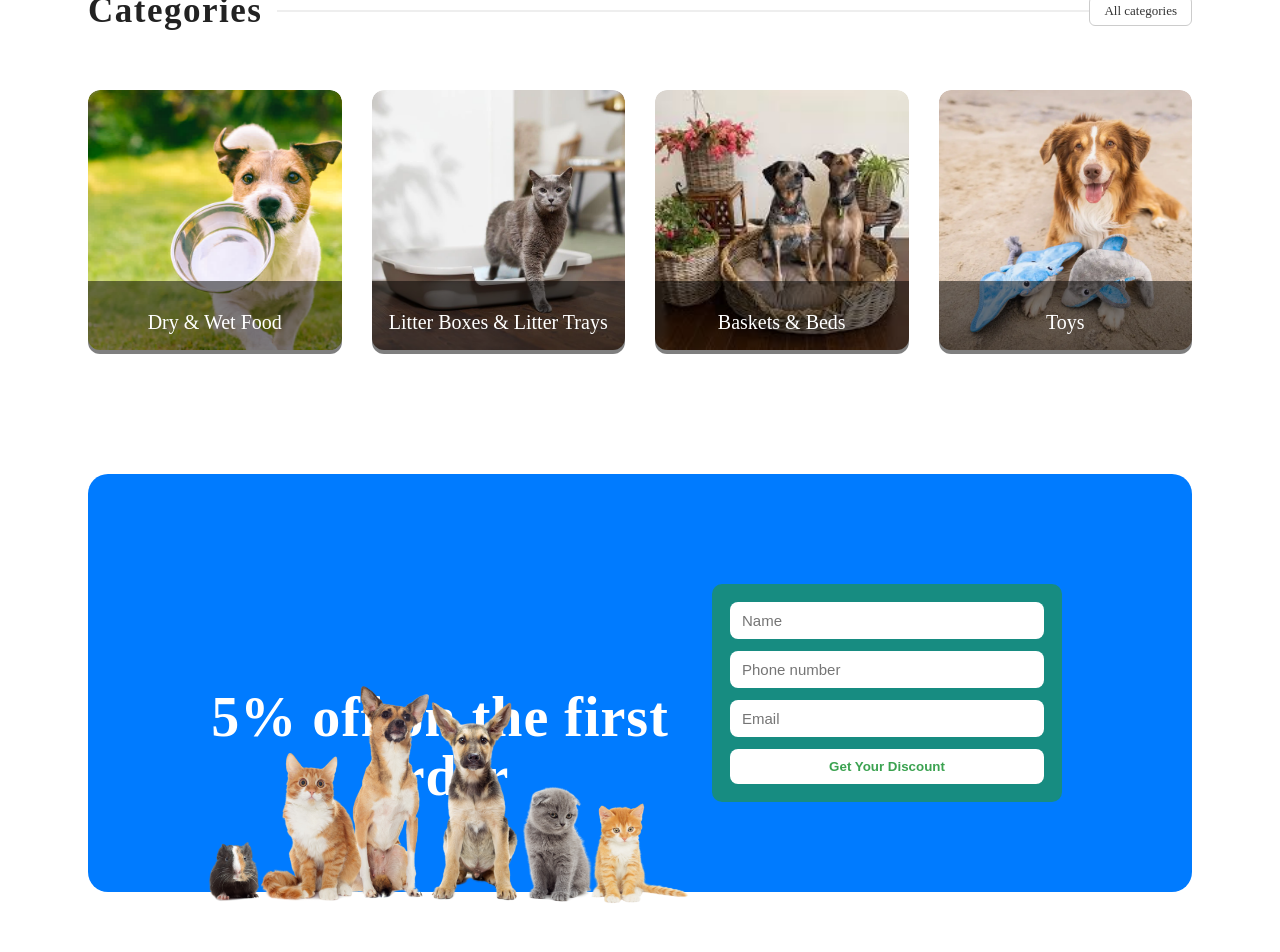
Repository: JuliiaJuliia/pet-shop-frontend
Page: / (app in pet-shop-frontend/)
An editor plug-in stored every save of this project. The page is shown before and after the next save, followed by the edit.
The browser window is 1280 px wide. The pictures show the part of the page from y = 693 to 1645 px (the page is 1645 px tall).
The project was rebuilt for these pictures with package versions that can differ from the ones it lists, and the page was loaded fresh each time. Also part of the build but not shown: pet-shop-frontend/vite.config.js, pet-shop-frontend/src/pages/CheckoutPage.jsx, pet-shop-frontend/src/api/axios.js, pet-shop-frontend/src/components/ProductList.jsx.

Above is the page before, as saved 2025-11-06 15:02:40.

### pet-shop-frontend/index.html
<!doctype html>
<html lang="en">
  <head>
    <meta charset="UTF-8" />
    <link rel="icon" type="image/svg+xml" href="/vite.svg" />
    <meta name="viewport" content="width=device-width, initial-scale=1.0" />
    <title>pet-shop-frontend</title>
  </head>
  <body>
    <div id="root"></div>
    <script type="module" src="/src/main.jsx"></script>
  </body>
</html>

### pet-shop-frontend/src/main.jsx
import HomePage from "./pages/HomePage";
import CheckoutPage from "./pages/CheckoutPage";
import React from "react";
import ReactDOM from "react-dom/client";
import { BrowserRouter, Routes, Route } from "react-router-dom";
import Header from "./components/Header/Header.jsx";
import ProductList from "./components/ProductList";

function Categories() {
  return <h2 style={{ textAlign: "center" }}>Categories Page</h2>;
}

function Sales() {
  return <h2 style={{ textAlign: "center" }}>Sales Page</h2>;
}

function Cart() {
  return <h2 style={{ textAlign: "center" }}>Your Cart is empty</h2>;
}

ReactDOM.createRoot(document.getElementById("root")).render(
  <BrowserRouter>
    <Header />
    <Routes>
      <Route path="/" element={<HomePage />} />
      <Route path="/categories" element={<Categories />} />
      <Route path="/products" element={<ProductList />} />
      <Route path="/sales" element={<Sales />} />
      <Route path="/cart" element={<Cart />} />
    </Routes>
  </BrowserRouter>
);

### pet-shop-frontend/src/pages/HomePage.jsx
import React from "react";
import MainBanner from "../components/MainBanner";
import Categories from "../components/Categories";
import DiscountBanner from "../components/DiscountBanner"; // 👈 ось цей рядок

const HomePage = () => {
  return (
    <div>
      <MainBanner />
      <Categories />
      <DiscountBanner />   {/* 👈 він має бути тут */}
    </div>
  );
};

export default HomePage;

### pet-shop-frontend/src/components/Header/Header.jsx
import React from "react";
import { Link } from "react-router-dom";
import "./Header.css";

const Header = () => {
  return (
    <header className="header">
      <div className="header__logo">
        <Link to="/">PetShop 🐾</Link>
      </div>
      <nav className="header__nav">
        <Link to="/">Main Page</Link>
        <Link to="/categories">Categories</Link>
        <Link to="/products">All products</Link>
        <Link to="/sales">All sales</Link>
      </nav>
      <div className="header__cart">
        <Link to="/cart">
        <img src="/icon.svg" alt="Cart" className="header__cart-icon" />
        </Link>
</div>
    </header>
  );
};

export default Header;

### pet-shop-frontend/src/components/MainBanner.jsx
import React from "react";
import { Link } from "react-router-dom";
import "./MainBanner.css";

const MainBanner = () => {
  return (
    <section className="main-banner">
      <div className="main-banner__overlay">
        <div className="main-banner__content">
        <h1>Amazing Discounts <br /> on Pets Products!</h1>
        <Link to="/checkout" className="banner-btn">Check out</Link>
        </div>
      </div>
    </section>
  );
};

export default MainBanner;

### pet-shop-frontend/src/components/Categories.jsx
import React from "react";
import { Link } from "react-router-dom";
import "./Categories.css";

const categories = [
  { id: 1, name: "Dry & Wet Food", image: "/Dog.jpg" },
  { id: 2, name: "Litter Boxes & Litter Trays", image: "/Cat.jpg" },
  { id: 3, name: "Baskets & Beds", image: "/Dogs.jpg" },
  { id: 4, name: "Toys", image: "/Dog and Fish.jpg" },
];

const Categories = () => {
  return (
    <section className="categories">
      <div className="categories__header">
        <h2>Categories</h2>
        <div className="categories__line"></div>

        <Link to="/products" className="all-categories-btn">
          All categories
        </Link>
      </div>

      <div className="categories__grid">
        {categories.map((category) => (
          <div key={category.id} className="category-card">
            <img src={category.image} alt={category.name} />
            <div className="category-card__overlay">
              <p>{category.name}</p>
            </div>
          </div>
        ))}
      </div>
    </section>
  );
};

export default Categories;

### pet-shop-frontend/src/components/DiscountBanner.jsx
import React from "react";
import "./DiscountBanner.css";

const DiscountBanner = () => {
  return (
    <section className="discount-banner">
      <div className="discount-banner__content">
        <div className="discount-banner__left">
          <h2>5% off on the first order</h2>
          <img src="/Pets.jpg" alt="pets" className="discount-banner__image" />
        </div>

        <div className="discount-banner__form">
          <form>
            <input type="text" placeholder="Name" required />
            <input type="phone" placeholder="Phone number" required />
            <input type="email" placeholder="Email" required />
            <button type="submit">Get Your Discount</button>
          </form>
        </div>
      </div>
    </section>
  );
};

export default DiscountBanner;

### pet-shop-frontend/src/components/Header/Header.css
.header {
    display: flex;
    align-items: center;
    justify-content: space-between;
    padding: 20px 60px;
    background-color: #fff;
    box-shadow: 0 2px 5px rgba(0, 0, 0, 0.05);
    position: sticky;
    top: 0;
    z-index: 10;
  }

  .header__logo a {
    font-size: 40px;
    font-weight: 400;
    color: #3d3c3c;
    text-decoration: none;
    display: flex;
    align-items: center;
    gap: 10px;
  }

  .header__nav {
    display: flex;
    gap: 30px;
  }

  .header__nav a {
    font-size: 20px;
    text-decoration: none;
    color: #38383a;
    font-weight: 550;
    transition: 0.3s;
    cursor: url("data:[embedded picture, 129 characters]"), auto;
  }

  .header__nav a:hover {
    color: #24973bf3;
  }

  .cart-icon {
    font-size: 20px;
    text-decoration: none;
  }

  .header__cart-icon {
    width: 30px;
    height: 30px;
    object-fit: contain;
    transition: transform 0.3s ease;
    cursor: url("data:[embedded picture, 129 characters]"), auto;
  }

  .header__cart-icon:hover {
    transform: rotate(10deg) scale(1.15);
  }

### pet-shop-frontend/src/components/MainBanner.css
.main-banner {
  position: relative;
  width: 100%;
  height: 500px;
  background: url("/banner-dog.jpg") center/cover no-repeat;
  display: flex;
  align-items: center;
  justify-content: center;
  border-radius: 10px;
  overflow: hidden;
  margin-bottom: 60px;
}

/* Полупрозрачный шар поверх картинки */
.main-banner__overlay {
  background: rgba(0, 0, 0, 0.35);
  width: 100%;
  height: 100%;
  display: flex;
  align-items: center;
  justify-content: center;
}

/* Текст и кнопка */
.main-banner__content {
  text-align: left;
  color: #fff;
  max-width: 800px;
  padding: 0 40px;
  line-height: 1.1;
  white-space: normal;
  word-break: break-word;
}

.main-banner__content h1 {
  font-size: 54px;
  font-weight: 700;
  line-height: 1.2;
  margin-bottom: 40px;
}


.main-banner__button {
  background-color: #53b955df;
  color: rgb(255, 255, 255);
  border: none;
  border-radius: 6px;
  font-size: 18px;
  padding: 14px 30px;
  cursor: pointer;
  transition: all 0.3s ease;
  cursor: url("data:[embedded picture, 129 characters]"), auto;
}

.main-banner__button:hover {
  background-color: #24973b91;
  ;
  transform: scale(1.05);
}

.banner-btn {
  display: inline-block;
  background-color: #53b955df;
  color: white;
  border: none;
  border-radius: 6px;
  font-size: 18px;
  padding: 14px 30px;
  text-decoration: none;
  text-align: center;
  cursor: pointer;
  transition: all 0.3s ease;
}

.banner-btn:hover {
  background-color: #24973b91;
  transform: scale(1.05);
}

### pet-shop-frontend/src/components/Categories.css
.categories {
    padding: 0px 80px 60px;
    background-color: #fff;
  }

  .categories__title {
    font-size: 36px;
    font-weight: 600;
    margin-bottom: 30px;
    color: #222;
  }

  .categories__grid {
    display: grid;
    grid-template-columns: repeat(auto-fit, minmax(220px, 1fr));
    gap: 30px;
    justify-items: center;
  }

  .category-card {
    position: relative;
    width: 100%;
    max-width: 260px;
    border-radius: 12px;
    overflow: hidden;
    cursor: url("data:[embedded picture, 129 characters]"), auto;
    transition: transform 0.3s ease;
  }

  .category-card img {
    width: 100%;
    height: 260px;
    object-fit: cover;
    border-radius: 12px;
  }

  .category-card__overlay {
    position: absolute;
    display: flex;
    justify-content: center;
    align-items: center;
    text-align: center;
    bottom: 0;
    left: 0;
    right: 0;
    background: rgba(0, 0, 0, 0.5);
    color: #fff;
    font-size: 20px;
    font-weight: 500;
    padding-top: 10px;
    transition: background 0.3s ease;
  }

  .category-card:hover {
    transform: scale(1.05);
  }

  .category-card:hover .category-card__overlay {
    background: rgba(0, 0, 0, 0.7);
  }

  .categories__header {
    display: flex;
    align-items: center;
    justify-content: space-between;
    position: relative;
    margin-bottom: 30px;
  }

  .categories__header h2 {
    font-size: 35px;
    font-weight: 700;
    color: #222;
    letter-spacing: 1.5px;
    background-color: #fff;
    padding-right: 15px;
    z-index: 1;
  }

  .categories__line {
    position: absolute;
    left: 0;
    right: 0;
    height: 1px;
    background-color: #ddd;
    top: 50%;
    transform: translateY(-50%);
    z-index: 0;
  }

  .all-categories-btn {
    display: inline-flex;
    align-items: center;
    justify-content: center;
    background-color: #fff;
    border: 1px solid #ccc;
    border-radius: 6px;
    padding: 6px 14px;
    font-size: 13px;
    font-weight: 500;
    color: #333;
    text-decoration: none;
    outline: none;
    cursor: pointer;
    z-index: 1;
    transition: all 0.3s ease;
  }

  .all-categories-btn:hover {
    background-color: #53b955cd;
    color: #fff;
    border-color: #24973b91;
    transform: scale(1.05);
    cursor: url("/paw-cursor.png"), auto;
    cursor: url("data:[embedded picture, 129 characters]"), auto;
  }

### pet-shop-frontend/src/components/DiscountBanner.css
/* контейнер банера */
.discount-banner {
    background-color: #007bff;
    color: #fff;
    border-radius: 20px;
    margin: 60px 80px;
    padding: 60px 80px 140px; /* зверни увагу: великий паддінг знизу для місця під тварин */
    position: relative;
    overflow: visible;
    display: block;
  }

  /* заголовок — по центру всього блоку (горизонтально + вертикально) */
  .discount-banner__left h2 {
    position: absolute;
    top: 50%;
    left: 50%;
    transform: translate(-50%, -50%);
    margin: 0;
    font-size: 56px;
    font-weight: 700;
    letter-spacing: 1px;
    text-align: center;
    width: 100%;
    line-height: 1.05;
  }

  /* вміст під заголовком: картинка ліворуч, форма праворуч */
  .discount-banner__content {
    display: flex;
    justify-content: space-between;
    align-items: flex-end;
    gap: 50px;
    width: 100%;
    position: relative;
    margin-top: 0px;
  }

  /* ліва частина (картинка) */
  .discount-banner__left {
    flex: 1;
    display: flex;
    justify-content: center;
    align-items: flex-end;    /* картинка "сидить" внизу колонки */
    position: relative;
    padding-bottom: 10px;     /* трохи простору під картинкою */
  }

  /* картинка тварин — збільшена і з позицією внизу (на межі фону) */
  .discount-banner__image {
    max-width: 720px;         /* збільшити розмір тварин */
    width: 100%;
    height: auto;
    object-fit: contain;
    position: absolute;
    left: 50%;
    transform: translateX(-50%);
    bottom: -160px;
  }

  /* права частина — форма (по центру вертикалі блоку) */
  .discount-banner__form {
    flex: 0 0 350px;
    right: 50px;
    top: 50px;
    display: flex;
    align-items: center;
    justify-content: center;
    position: relative;
  }

  /* стилі самої форми */
  .discount-banner__form form {
    width: 100%;
    display: flex;
    flex-direction: column;
    gap: 12px;
    background: #24973ba3;
    padding: 18px;
    border-radius: 10px;
  }

  .discount-banner__form input {
    padding: 10px 12px;
    border-radius: 8px;
    border: none;
    font-size:15px;
    outline: none;
  }

  .discount-banner__form button {
    padding: 10px 14px;
    border-radius: 8px;
    border: none;
    background: #fff;
    color: #24973be4;
    font-weight: 600;
    cursor: url("data:[embedded picture, 129 characters]"), auto;
  }

  /* адаптация под мобильные екраны */
  @media (max-width: 900px) {
    .discount-banner {
      margin: 30px 24px;
      padding: 40px 24px 120px;
    }
    .discount-banner__left h2 {
      font-size: 34px;
      top: 42%;
    }
    .discount-banner__content {
      flex-direction: column;
      align-items: center;
      margin-top: 60px;
    }
    .discount-banner__form {
      width: 100%;
      flex: none;
      margin-top: 20px;
    }
    .discount-banner__image {
      position: relative;
      bottom: -6px;
      left: 50%;
      transform: translateX(-50%);
      max-width: 320px;
    }
  }

After the next save:
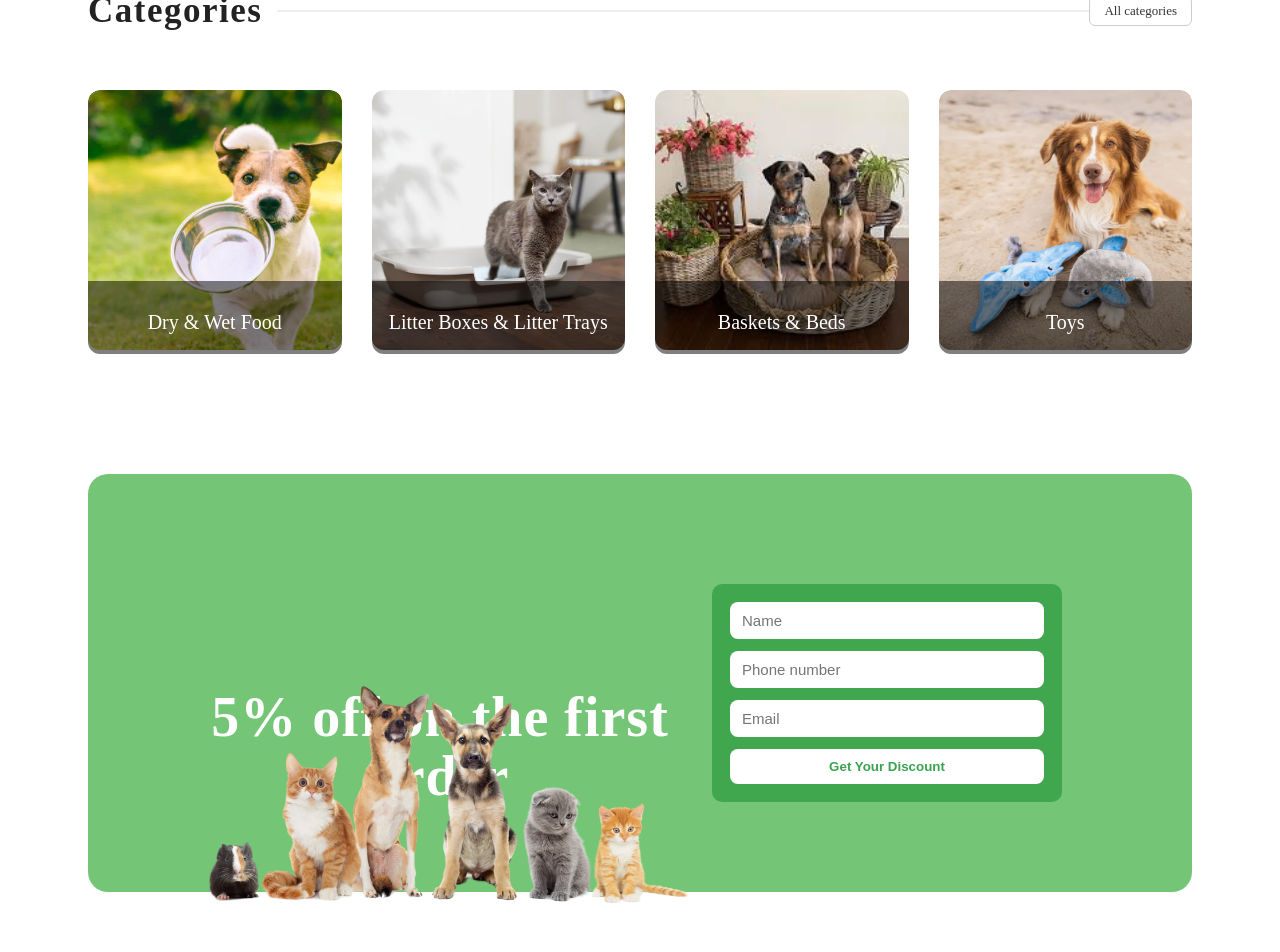
Saved 25 s later.
--- a/pet-shop-frontend/src/components/DiscountBanner.css
+++ b/pet-shop-frontend/src/components/DiscountBanner.css
@@ -1,6 +1,6 @@
 /* контейнер банера */
 .discount-banner {
-    background-color: #007bff;
+    background-color: #53b955cd;
     color: #fff;
     border-radius: 20px;
     margin: 60px 80px;
